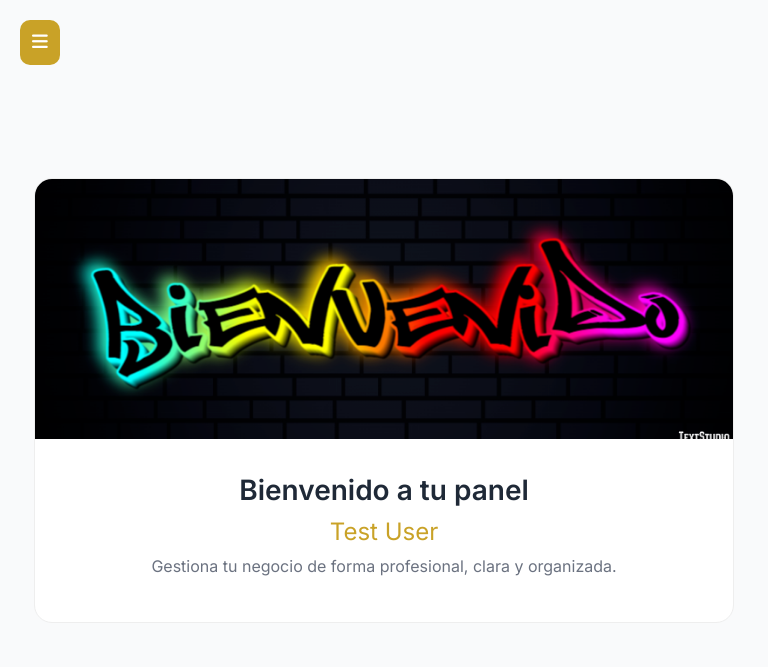
Repository: BrianCarringtom/menuqr
Page: resources/views/business/dashboard.blade.php
An editor plug-in stored every save of this project. The page is shown before and after the next save, followed by the edit.
The browser window is 768 px wide. The pictures show the whole page.
The page is served by the project's Laravel application, run on PHP 8.4 with Laravel 12. A made-up administrator, Test User (test@example.com), is signed in. The template is opened directly, without the code that normally fills it, so the values that code supplies are empty.

Above is the page before, as saved 2026-03-24 15:09:14.

After the next save:
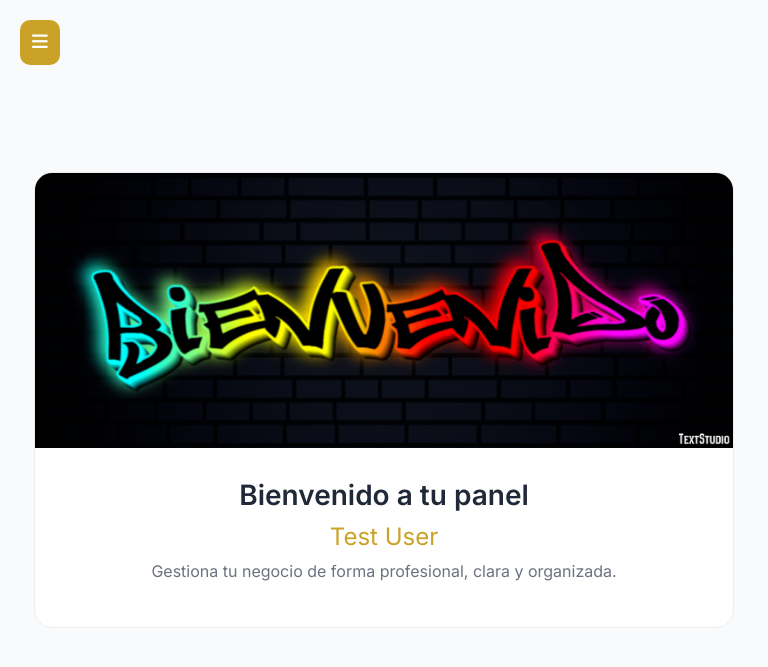
Saved 2 min 1 s later.
--- a/resources/views/business/dashboard.blade.php
+++ b/resources/views/business/dashboard.blade.php
@@ -183,6 +183,24 @@
             .main {
                 padding: 20px;
             }
+
+            .welcome-box img {
+                width: 100%;
+                /* que ocupe todo el ancho del contenedor */
+                height: auto;
+                /* altura proporcional */
+                object-fit: contain;
+                /* evita que se corte la imagen */
+                display: block;
+                margin: 0 auto;
+                /* centrado */
+            }
+
+            .welcome-box {
+                text-align: center;
+                /* opcional: centra texto e imagen */
+            }
+
         }
 
         /* OCULTAR HAMBURGUESA CUANDO SE ABRE */
